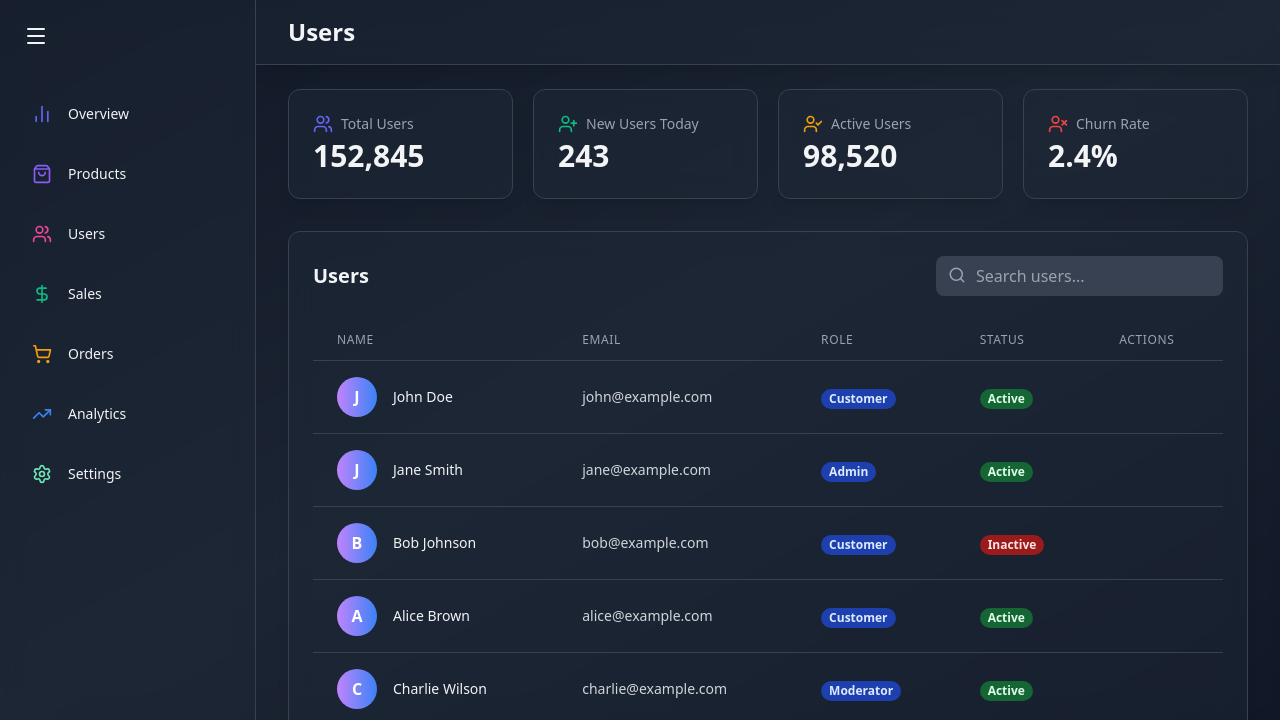
Repository: Abdirabi11/React-dashboard
Page: /users
These files come from the project's save history. The page is drawn as it stood at one moment and after the next save; the edit follows.
The browser window is 1280 px wide. The pictures show the whole page.
An inner scrolling area shows only its first screen. The project was rebuilt for these pictures with package versions that can differ from the ones it lists, and the page was loaded fresh each time. Also part of the build but not shown: vite.config.js, src/components/overview/SalesOverviewChart.jsx, src/components/overview/CategoryDistributionChart.jsx, src/components/overview/SalesChannelChart.jsx, src/pages/OverviewPage.jsx, src/components/products/SalesTrendChart.jsx, src/components/products/ProductsTable.jsx, src/pages/ProductsPage.jsx and 4 more.

Above is the page before, as saved 2025-07-18 22:00:51.

After the next save:
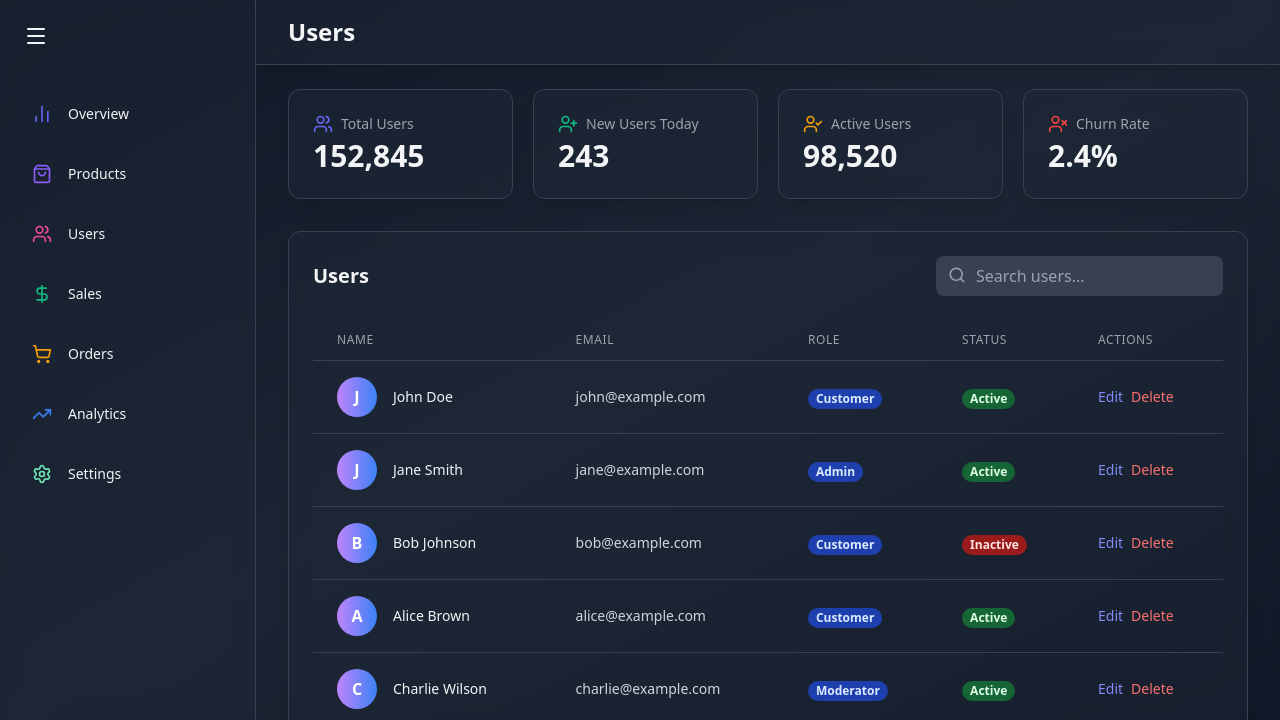
Saved 20 s later.
--- a/src/components/users/UsersTable.jsx
+++ b/src/components/users/UsersTable.jsx
@@ -104,6 +104,10 @@ const UsersTable = () => {
                     {user.status}
                   </span>
                 </td>
+                <td className='px-6 py-4 whitespace-nowrap text-sm text-gray-300'>
+									<button className='text-indigo-400 hover:text-indigo-300 mr-2'>Edit</button>
+									<button className='text-red-400 hover:text-red-300'>Delete</button>
+								</td>
               </motion.tr>
             ))}
           </tbody>
